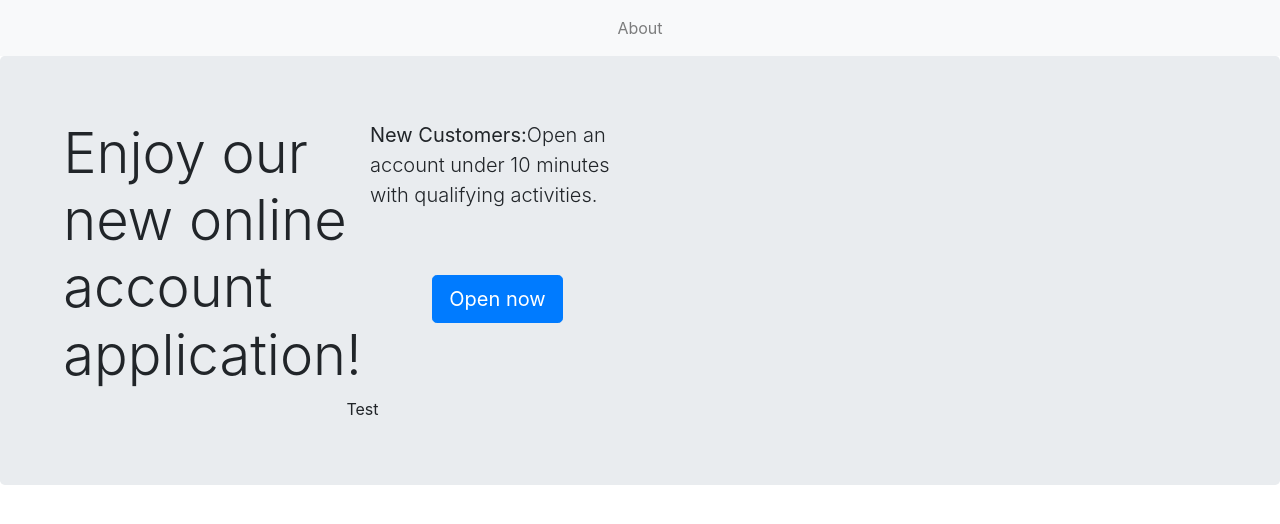
Repository: barriosan95/banking-opening-account-demo
Page: http://localhost/
The author's editor kept a record of every edit. The page is drawn from the files as they stood at one moment, then again after the next edit.
The browser window is 1280 px wide. The pictures show the whole page.
Some web fonts or font styles are not loaded; a fallback is used. Some web libraries are served in a nearby version. The page is served by the project's Node server (index.js).

Above is the page before.

After the next edit:
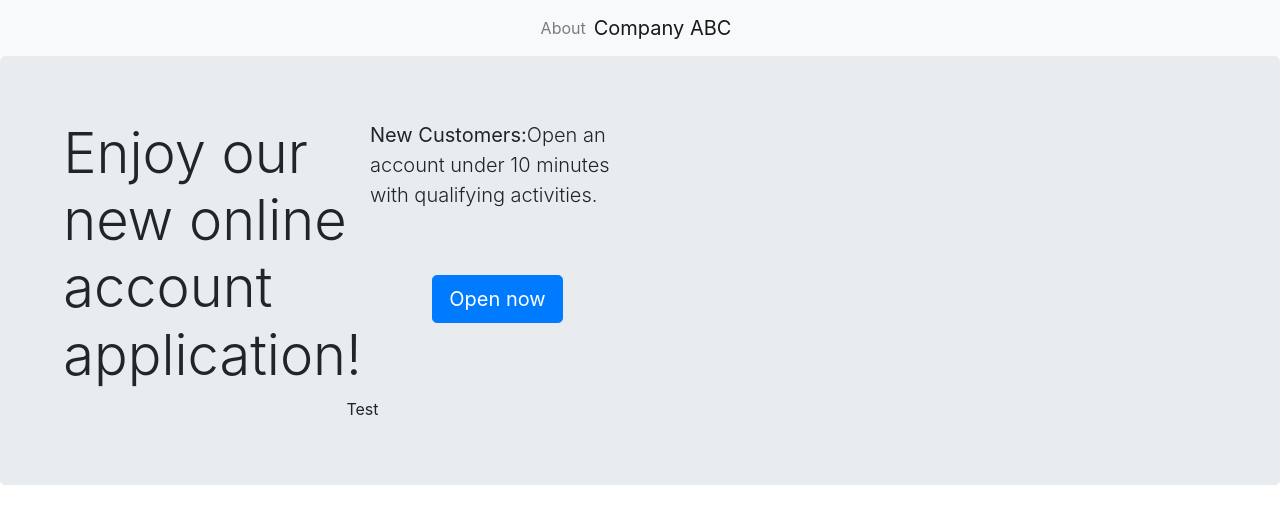
The edit:
--- a/views/partials/header.ejs
+++ b/views/partials/header.ejs
@@ -33,6 +33,7 @@
                     <li class="nav-item">
                         <a class="nav-link" href="#about">About <span class="sr-only">(current)</span></a>
                     </li>
+                    <a class="navbar-brand" href="/"> Company ABC </a>
 
                 </ul>
             </div>
